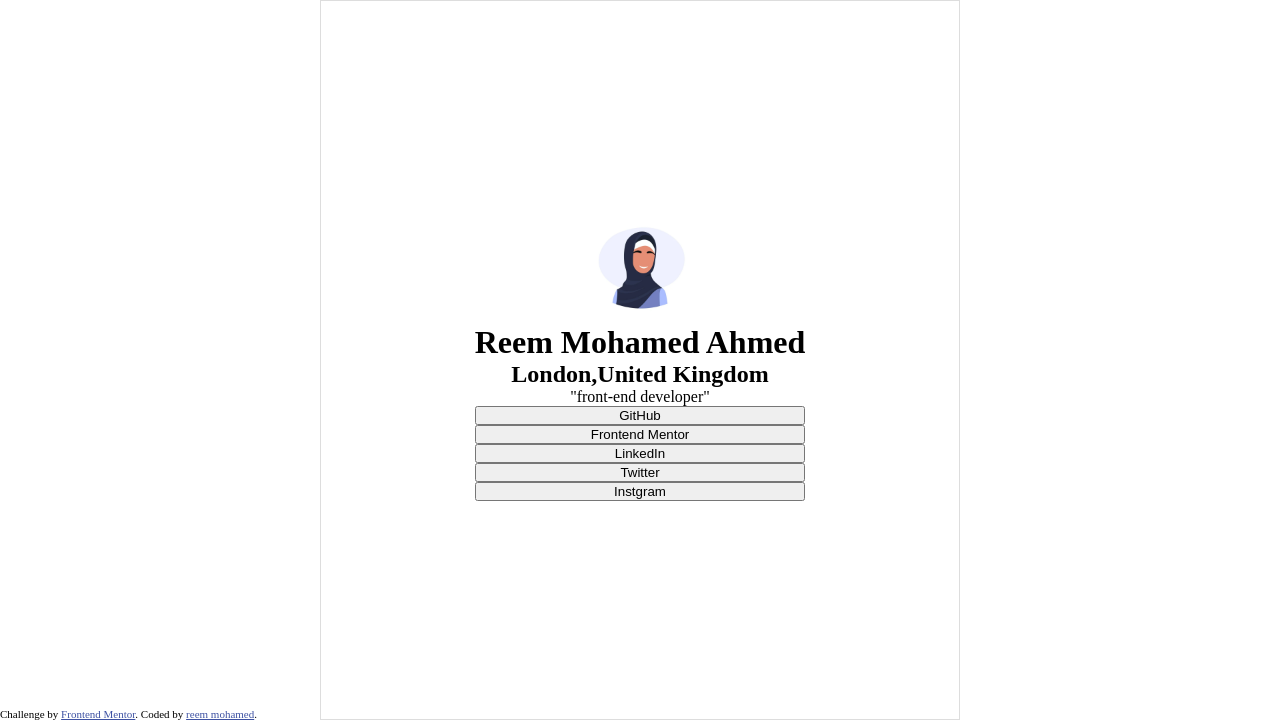
Repository: reemoon-ctrl/social_links_profile_main
Page: index.html
The author's editor kept a copy of each file at every save. The page is drawn from the files as they stood at one save, then again after the next save.
The browser window is 1280 px wide. The pictures show the whole page.

Above is the page before, as saved 2024-07-23 10:16:11.

After the next save:
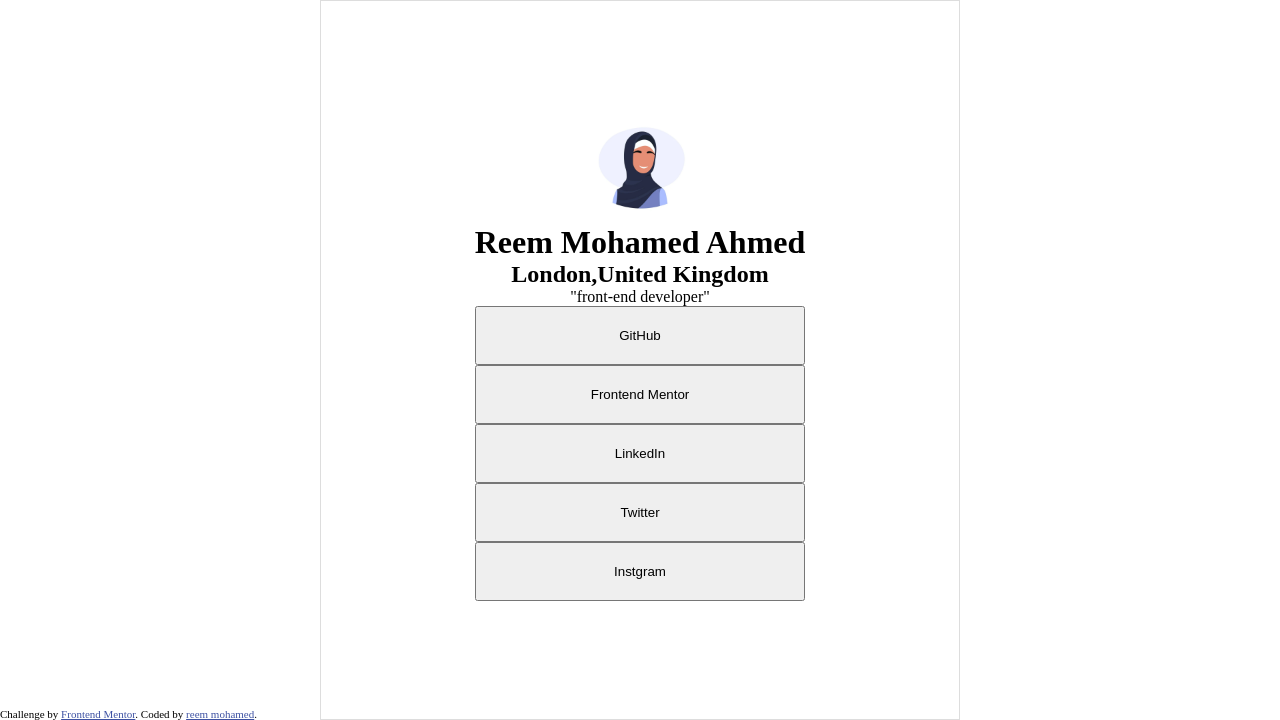
Saved 5 s later.
--- a/index.css
+++ b/index.css
@@ -28,7 +28,7 @@ body{
 
 .form-container button{
     width:100%;
-    padding:
+    padding:20px;
 
 
 
